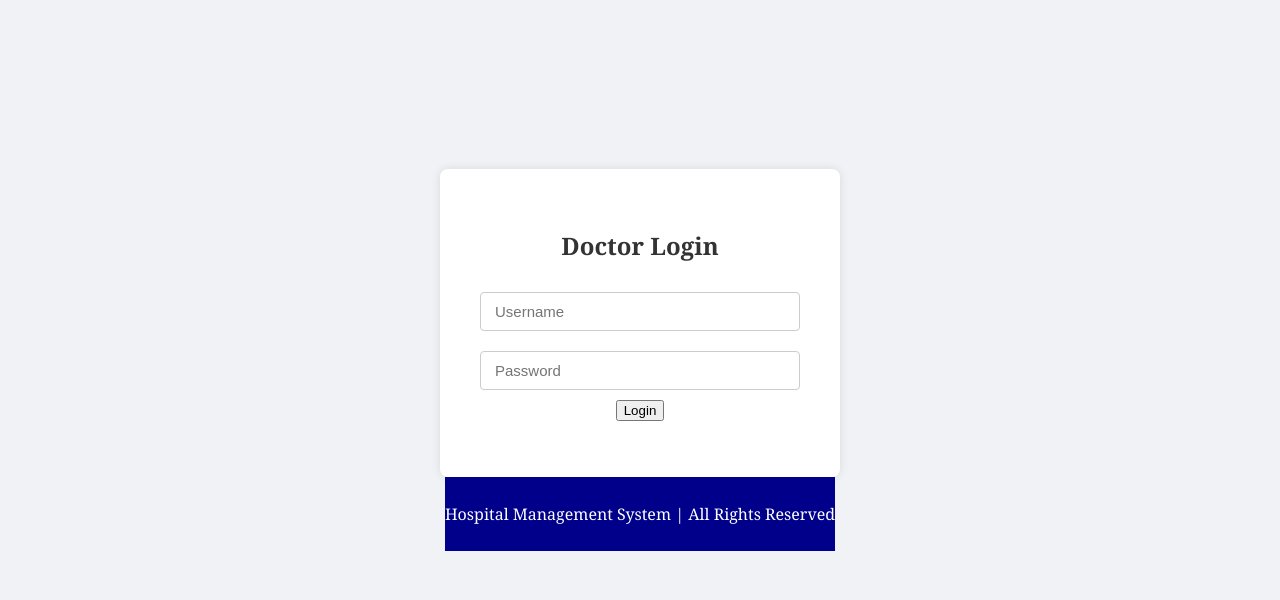
Repository: BinuriJ/HospitalSystem
Page: http://localhost/CyborgSys/login.jsp
These files come from the project's save history. The page is drawn as it stood at one moment and after the next save; the edit follows.
The browser window is 1280 px wide. The pictures show the whole page.
The page is served by Tomcat 9.

Above is the page before, as saved 2025-05-10 02:30:29.

After the next save:
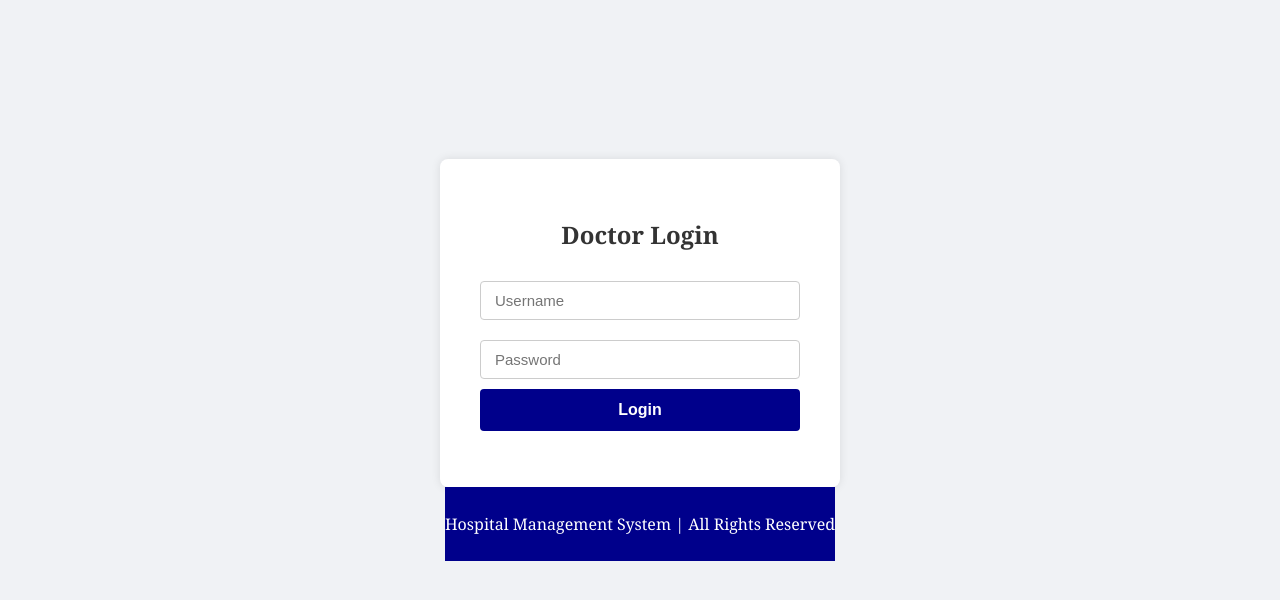
Saved 2 min 17 s later.
--- a/CyborgSys/WebContent/login.jsp
+++ b/CyborgSys/WebContent/login.jsp
@@ -17,7 +17,7 @@
     <form action="DoctorDashboard.jsp" method="post">
         <input type="text" name="username" placeholder="Username" required class="input-field" />
         <input type="password" name="password" placeholder="Password" required class="input-field" />
-        <button type="submit" class="btn-login">Login</button>
+        <button type="submit" class="login-btn">Login</button>
     </form>
 </div>
 <jsp:include page="footer.jsp" />
